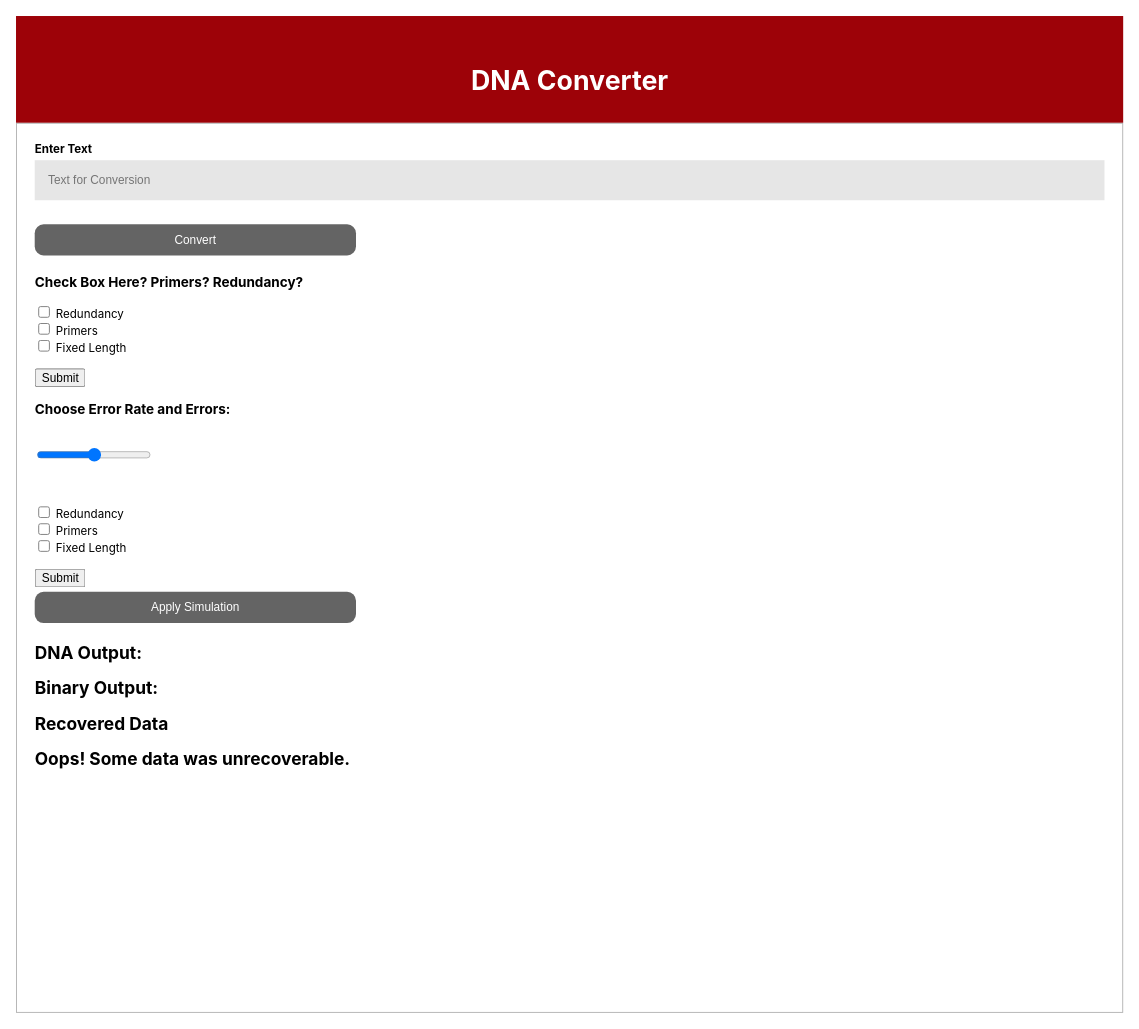
Repository: komalharjani/MSc-Thesis-DNA-Storage
Page: index.html
An editor plug-in stored every save of this project. The page is shown before and after the next save, followed by the edit.
The browser window is 1280 px wide. The pictures show the whole page, at 89% of full size.

Above is the page before, as saved 2020-08-16 22:02:30.

### index.html
<!DOCTYPE html>
<html lang="en">

<head>
    <link href="index.css" rel="stylesheet">
    <meta charset="UTF-8">
    <meta name="viewport" content="width=device-width, initial-scale=1.0">
    <title>Document</title>
</head>

<body>
    <div id="LoginPage">
        <div class="header"><br>
            <h2> DNA Converter </h2>
        </div>

        <div class="loginContainer">
            <label for="text"><b>Enter Text</b></label>
            <input type="text" placeholder="Text for Conversion" id="textToConvert" required class="input">
            <button onclick="onSubmit()" id="submit">Convert</button>
            <h3>Check Box Here? Primers? Redundancy?</h3>
            <form>
                <input type="checkbox" id="vehicle1" name="vehicle1" value="Bike">
                <label for="vehicle1"> Redundancy </label><br>
                <input type="checkbox" id="vehicle2" name="vehicle2" value="Car">
                <label for="vehicle2"> Primers </label><br>
                <input type="checkbox" id="vehicle3" name="vehicle3" value="Boat">
                <label for="vehicle3"> Fixed Length</label><br><br>
                <input type="submit" value="Submit">
            </form>

            <h3>Choose Error Rate and Errors:</h3><br>

            <input type="range" name="rangeInput" min="0" max="10" onchange="updateTextInput(this.value);"><br>
            <input type="number" id="textInput" value="" class="range" max="10"><br>
            <form>
                <input type="checkbox" id="vehicle1" name="vehicle1" value="Bike">
                <label for="vehicle1"> Redundancy </label><br>
                <input type="checkbox" id="vehicle2" name="vehicle2" value="Car">
                <label for="vehicle2"> Primers </label><br>
                <input type="checkbox" id="vehicle3" name="vehicle3" value="Boat">
                <label for="vehicle3"> Fixed Length</label><br><br>
                <input type="submit" value="Submit">
            </form>
            <button onclick="" id="error">Apply Simulation</button><br>
            <!--Take Error Rate from On Submit-->
            <h2>DNA Output:</h2>
            <h2>Binary Output:</h2>
            <h2>Recovered Data</h2>
            <h2>Oops! Some data was unrecoverable. </h2>
        </div>
    </div>

</body>
<script src="index.js"></script>

</html>

### index.css
body {
    background-color:white;
    resize: both;
    overflow: auto;
}

.labelText {
  width: 100%;
  padding: 15px;
  margin: 5px 0 22px 0;
  display: inline-block;
  border: none;
  background: #cacaca;
}

.search {
  width: 30%;
  padding: 15px;
  margin: 5px 0 22px 0;
  display: inline-block;
  border: none;
  background: #e6e6e6;
}

.runBtn {
  background-color: #000000;
  border: 1px solid #ffffff;
  color: rgb(255, 255, 255);
  padding: 14px 20px;
  margin-top: 5px;
  margin-bottom: 5px;
  margin-right: 2px;
  margin-left: 0;
  border: none;
  cursor: pointer;
  width: 100%;
  opacity: 0.9;
  font-size: 15px;
}

#map{
  height: 400px;
  width: 100%;
}

#profile {
  border-radius: 50%;
}

.profile {
    padding: 10px;
    text-align: center;
    height: auto;
}

/* Full-width input fields */
.input {
  width: 100%;
  padding: 15px;
  margin: 5px 0 22px 0;
  display: inline-block;
  border: none;
  background: #e6e6e6;
}

.range {
  margin: 5px 0 22px 0;
  display: inline-block;
  border: none;
  text-align: right;
}

li {
  width: 100%;
  padding: 15px;
  margin: 5px 0 22px 0;
  display: inline-block;
  border: none;
  background: #cacaca;
}

ul {
  padding: 0;
}


/* Add a background color when the inputs get focus */
input[type=text]:focus, input[type=password]:focus {
  background-color: rgb(184, 184, 184);
  outline: none;
}

/* button {
  background-color: #000000;
  color: rgb(255, 255, 255);
  padding: 14px 20px;
  margin: 8px;
  border: none;
  cursor: pointer;
  width: 30%;
  opacity: 0.9;
  border-radius: 20px;
} */

.loginContainer {
  width: 100%;
  float: center;
  padding: 20px;
  border: 0.5px solid #afafaf;
  height: 1000px;

}

/* Set a style for all buttons */
.button {
  background-color: #000000;
  color: rgb(255, 255, 255);
  padding: 10px;
  width: 100%;
  border: none;
  border-radius: 10px;
}

button {
  background-color: rgb(100, 100, 100);
  color: rgb(255, 255, 255);
  padding: 10px;
  width: 30%;
  margin-top: 5px;
  margin-bottom: 5px;
  margin-right: 2px;
  margin-left: 0;
  border: none;
  border-radius: 10px;
}

button:hover {
  opacity: 0.8;
}

/* Extra styles for the cancel button */
.cancelbtn {
  padding: 14px 20px;
  background-color: whitesmoke;
}

/* Float cancel and signup buttons and add an equal width */
.cancelbtn, .signupbtn {
  float: right;
  width: 100%;
}


/* Style the horizontal ruler */
hr {
  border: 1px solid #f1f1f1;
  margin-bottom: 25px;
}

/* Change styles for cancel button and signup button on extra small screens */
@media screen and (max-width: 300px) {
  .cancelbtn, .signupbtn {
     width: 100%;
  }
}
/* OLD BELOW!!!!! */

* {
    box-sizing: border-box;
  }

  /* Add a gray background color with some padding */
  body {
    font-family: -apple-system, BlinkMacSystemFont, 'Segoe UI', Roboto, Oxygen, Ubuntu, Cantarell, 'Open Sans', 'Helvetica Neue', sans-serif;
    padding: 10px;
    background: #ffffff;
    font-size: 13px;
  }
  table {
    font-family: arial, sans-serif;
    border-collapse: collapse;
    width: 100%;
  }

  td, th {
    border: 1px solid #dddddd;
    text-align: left;
    padding: 8px;
  }

  tr:nth-child(even) {
    background-color: #dddddd;
  }
  /* Header Title */
  .header {
    padding: 5px;
    font-size: 20px;
    text-align: center;
    background: #9d0208;
    color: white;
  }

  .login {
    width:300px;
    height:500px;
    position: fixed;
    top: 50%;
    left: 50%;
    margin-top: -125px;
    margin-left: -150px;
  }

  /* Split Screen into Columns */

  .rightcolumn {
    float: right;
    width: 50%;
    padding: 10px;
  }

  .leftcolumn {
    float: left;
    width: 20%;
    padding: 10px;
    background-color: rgb(255, 255, 255);
  }

  .left {
    float: right;
    width: 50%;
    background-color: rgb(255, 255, 255);
  }

  .right {
    float: right;
    width: 50%;
    background-color: rgb(255, 255, 255);
  }

  .centercolumn {
    float: left;
    width: 80%;
    padding: 10px;
    background-color: rgb(255, 255, 255);
  }

  .title {
    color: grey;
    font-size: 18px;
  }

  .rightcolumn {
    float: left;
    width: 30%;
    padding: 10px;
    background-color: rgb(255, 255, 255);
  }

  .box {
    background-color: rgb(255, 255, 255);
    width: 100%;
    padding: 15px;
  }


  .card {
     background-color: whitesmoke;
     padding: 15px;
  }

  .row:after {
    content: "";
    display: table;
    clear: both;
  }

  /* Footer */
  .footer {
    padding: 20px;
    text-align: center;
    background: #ddd;
    margin-top: 20px;
  }

  /* Responsive layout - when the screen is less than 800px wide, make the two columns stack on top of each other instead of next to each other */
  @media screen and (max-width: 800px) {
    .leftcolumn, .rightcolumn {
      width: 100%;
      padding: 0;
    }
  }

  tr:nth-child(even) {
    background-color: #3b37377c;
  }

  button:hover {
    opacity:1;
  }

  /* Extra styles for the cancel button */
  .cancelbtn {
    padding: 14px 20px;
    background-color: #000000;
  }

  /* Float cancel and signup buttons and add an equal width */
  .cancelbtn, .signupbtn {
    float: right;
    width: 100%;
  }

  .containerForm {
    width: 50%;
    float: left;
    padding: 10px;
    background-color: rgb(255, 255, 255);
  }

  /* Add padding to container elements */
  .container {
    width: 100%;
    float: left;
    padding: 10px;
    background-color: rgb(255, 255, 255);
  }

  #result {
    color: red;
  }

  .submitComment {
    background-color: white;
    color: black;
    border: 1px solid #888;
    width: 100%;
    float: right;
  }

  .submitComment :hover {
    background-color: rgb(138, 138, 138);
  }

  .readMore {
    background-color: rgb(216, 216, 216);;
    color: black;
    width: 40%;
    margin: 5px;
  }

  .logoutBtn {
    color: white;
    background-color: #9d0208 ;
    border: 1px solid rgb(255, 255, 255);
    margin: 10px;
  }

  .logoutBtn:hover {
    opacity: 0.7;
  }

  .register {
    color: black;
    background-color: white ;
    border: 1px solid rgb(255, 255, 255);
    margin: 10px;
    opacity: 0.8;
  }

  .register:hover {
    opacity: 1;
  }

  .runPostsStyle {
    background-color: rgb(255, 255, 255);
    padding: 20px;
    border-radius: 10px;
    margin-top: 20px;
    width: 100%;
    overflow: hidden;
    border: 1px solid rgb(0, 0, 0);
    columns: 2;
  }



  .commentPost {
    background-color: whitesmoke;
    padding: 20px;
    border-radius: 10px;
    margin-top: 20px;
    width: 100%;
    overflow: hidden;
  }

  .mapStyle {
    background-color: rgb(94, 0, 0);
    border-radius: 10px;
    width: 40%;
    height: 100px;
    border:solid black;
  }

  /* The Modal (background) */
  .modal {
    display: none; /* Hidden by default */
    position: fixed; /* Stay in place */
    left: 0;
    top: 0;
    width: 100%; /* Full width */
    height: 100%; /* Full height */
    overflow: auto; /* Enable scroll if needed */
    background-color:rgb(255, 255, 255);
    padding: 20px;
  }

  /* Modal Content/Box */
  .modal-content {
    background-color: #ffffff;
    margin: 5% auto 15% auto; /* 5% from the top, 15% from the bottom and centered */
    border: 1px solid #888;
    width: 80%; /* Could be more or less, depending on screen size */
  }

  .postTitle {
    font-size: 20px;
    font-weight: bold;
    color: #9d0208;
  }

  .dateDisplay {
    font-size: 20px;
    font-weight: bold;
  }

  .toFrom {
    font-size: 14px;
    font-weight: bold;
  }

  /* Style the horizontal ruler */
  hr {
    border: 1px solid #f1f1f1;
    margin-bottom: 25px;
  }

  /* The Close Button (x) */
  .close {
    position: absolute;
    right: 35px;
    top: 15px;
    font-size: 40px;
    font-weight: bold;
    color: #000000;
  }

  .close:hover,
  .close:focus {
    color: #ff8484;
    cursor: pointer;
  }

  /* Clear floats */
  .clearfix::after {
    content: "";
    clear: both;
    display: table;
  }

  /* Change styles for cancel button and signup button on extra small screens */
  @media screen and (max-width: 300px) {
    .cancelbtn, .signupbtn {
       width: 100%;
    }
  }

  .dropbtn {
    background-color: #E6E6E6;
    color: rgb(85, 85, 85);
    padding: 16px;
    font-size: 16px;
    border: none;
    width: 100px;
    cursor: pointer;
  }

  .dropbtn:hover, .dropbtn:focus {
    background-color: rgb(187, 187, 187);
  }

  .dropdown {
    position: relative;
    display: inline-block;
  }

  .dropdown-content {
    display: none;
    position: absolute;
    background-color: #f1f1f1;
    min-width: 160px;
    overflow: auto;
    box-shadow: 0px 8px 16px 0px rgba(0,0,0,0.2);
    z-index: 1;
  }

  .dropdown-content a {
    color: black;
    padding: 12px 16px;
    text-decoration: none;
    display: block;
  }

  .dropdown a:hover {background-color: #ddd;}

  .show {display: block;}

Loaded but not shown: index.js (368 lines, source omitted)

After the next save:
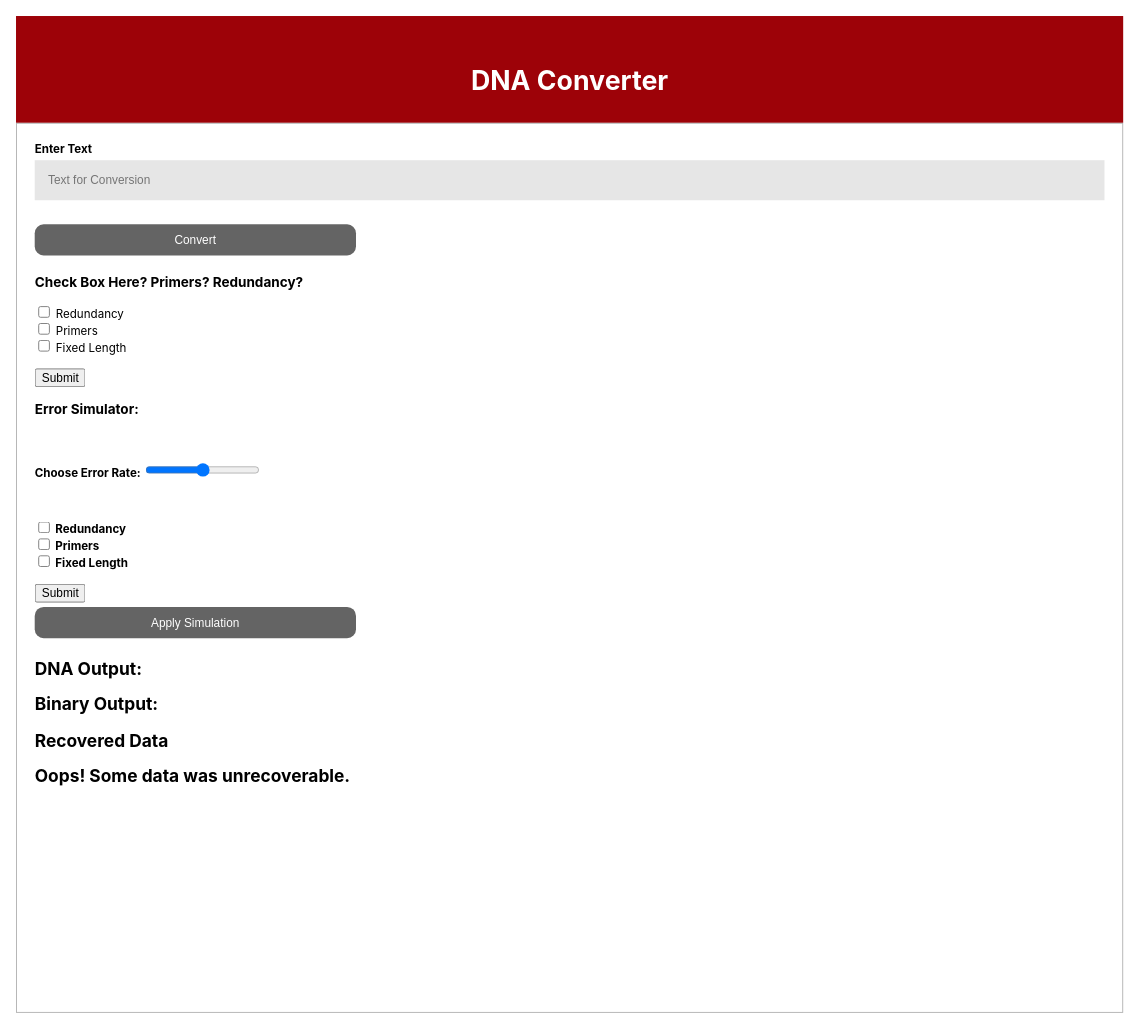
Saved 51 s later.
--- a/index.html
+++ b/index.html
@@ -29,8 +29,9 @@
                 <input type="submit" value="Submit">
             </form>
 
-            <h3>Choose Error Rate and Errors:</h3><br>
+            <h3>Error Simulator:</h3><br>
 
+            <h4>Choose Error Rate:</h4<br>
             <input type="range" name="rangeInput" min="0" max="10" onchange="updateTextInput(this.value);"><br>
             <input type="number" id="textInput" value="" class="range" max="10"><br>
             <form>
